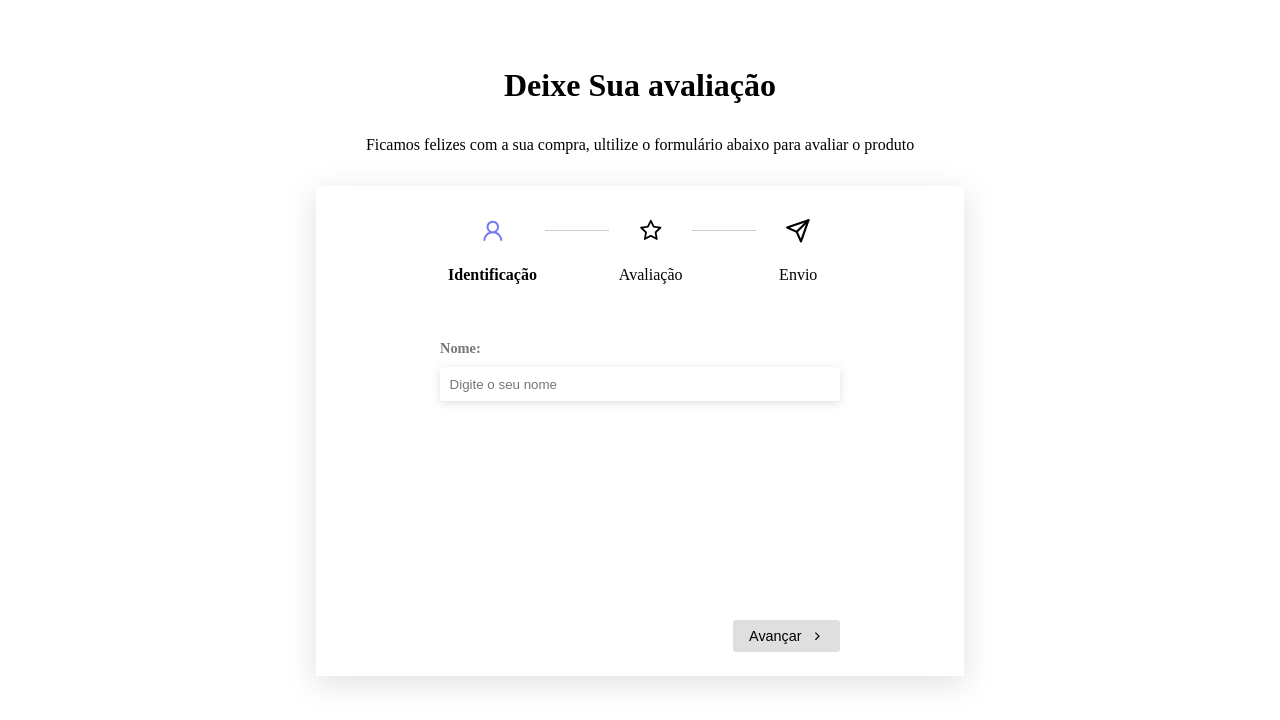
Repository: pheonix5/formulario_stap
Page: /
An editor plug-in stored every save of this project. The page is shown before and after the next save, followed by the edit.
The browser window is 1280 px wide. The pictures show the whole page.
The project was rebuilt for these pictures with package versions that can differ from the ones it lists, and the page was loaded fresh each time. Also part of the build but not shown: vite.config.js, src/components/ReviewForm.css, src/components/ReviewForm.tsx, src/components/Thanks.css, src/components/Thanks.tsx.

Above is the page before, as saved 2023-05-24 20:56:05.

### index.html
<!DOCTYPE html>
<html lang="en">
  <head>
    <meta charset="UTF-8" />
    <link rel="icon" type="image/svg+xml" href="/vite.svg" />
    <meta name="viewport" content="width=device-width, initial-scale=1.0" />
    <title>Multistep com React</title>
    <link rel="preconnect" href="https://fonts.googleapis.com">
    <link rel="preconnect" href="https://fonts.gstatic.com" crossorigin>
    <link href="https://fonts.googleapis.com/css2?family=Barlow:ital,wght@0,100;0,200;0,300;0,400;0,500;0,600;0,700;0,800;0,900;1,100;1,200;1,300;1,400;1,500;1,600;1,700;1,800;1,900&display=swap" rel="stylesheet">
  </head>
  <body>
    <div id="root"></div>
    <script type="module" src="/src/main.jsx"></script>
  </body>
</html>

### src/main.jsx
import React from 'react'
import ReactDOM from 'react-dom/client'
import { router } from './App'

import { RouterProvider } from 'react-router-dom'

ReactDOM.createRoot(document.getElementById('root')).render(
  <React.StrictMode>
    <RouterProvider router={router}/>
  </React.StrictMode>,
)

### src/App.jsx

import { createBrowserRouter } from 'react-router-dom'

import Formulario from './pages/Formulario'

const router = createBrowserRouter([
  {
    path: '/',
    element: <Formulario/>
  }
])

export { router };

### src/pages/Formulario/index.tsx
/* eslint-disable react/jsx-key */
/* eslint-disable no-unused-vars */
// Components
import React, { useState } from 'react';

import {GrFormNext, GrFormPrevious} from 'react-icons/gr';
import { FiSend } from 'react-icons/fi';
import UserForm from '../../components/UserForm';
import ReviewForm from '../../components/ReviewForm';
import Thanks from '../../components/Thanks';
import Steps from '../../components/Steps';

// Hooks
import { useForm } from '../../hooks/useForm'
import './style.css'

const formTemplate ={
  name: "",
  email: "",
  review: "",
  comment: "",
}


export default function Formulario() {
  const [data, setData] = useState(formTemplate);

  const updateFieldHandler = (key, value) => {
    setData((prev) => {
      return {...prev, [key]: value};
    })
  }

  const formComponents = [
    <UserForm data={data} updateFieldHandler={updateFieldHandler}/>,
    <ReviewForm data={data} updateFieldHandler={updateFieldHandler}/>,
    <Thanks data={data}/>
  ];

  const { currentStep, currentComponent, changeStep, isLastStep, isFirstStep } = useForm(formComponents);

  return (
   <div className='app'>

    <div className="header">
      <h2>Deixe Sua avaliação</h2>
      <p>Ficamos felizes com a sua compra, ultilize o formulário abaixo para avaliar o produto</p>
    </div>

    <div className="form-container">
      <Steps currentStep={currentStep}/>
      <form onSubmit={(e) => changeStep(currentStep + 1, e)}>
        <div className="inputs-container">{currentComponent}</div>
        <div className="actions">

          {!isFirstStep && (
            <button type='button' onClick={() => changeStep(currentStep -1 )}>
              <GrFormPrevious/>
              <span>Voltar</span>
          </button>
          )}

          {!isLastStep ? (
            <button type='submit'>
              <span>Avançar</span>
              <GrFormNext/>
            </button>
          ) : (
            <button type='button'>
            <span>Enviar</span>
            <FiSend/>
          </button>
          )}

        </div>
      </form>
    </div>

   </div>
  )
}

### src/components/UserForm.tsx
import React from "react";

const UserForm = ({ data, updateFieldHandler }) =>{
  return (
    <div>
      <div className="form-control">
        <label htmlFor="">Nome:</label>
        <input
          type="text"
          name="text"
          id="name"
          placeholder="Digite o seu nome"
          required
          value={data.name || ""}
          onChange={(e) => updateFieldHandler('name', e.target.value)}
        />
      </div>

    </div>
  )
}

export default UserForm;

### src/components/Steps.jsx
import { AiOutlineUser, AiOutlineStar } from 'react-icons/ai';
import { FiSend } from 'react-icons/fi'

import React from "react"
import './Steps.css'

const Steps = ({ currentStep }) =>{
  return (
    <div className="steps">
      <div className="step active">
        <AiOutlineUser/>
        <p>Identificação</p>
      </div>
      <div className={`step ${currentStep >= 1 ? "active" : ""}`}>
        <AiOutlineStar/>
        <p>Avaliação</p>
      </div>
      <div className={`step ${currentStep >= 2 ? "active" : ""}`}>
        <FiSend/>
        <p>Envio</p>
      </div>
    </div>
  )
}

export default Steps;

### src/hooks/useForm.jsx
/* eslint-disable no-unused-vars */
import { useState } from "react";

export function useForm(steps){
  const [currentStep, setCurrentStep] = useState(0)

  function changeStep(i, e){
    if(e) e.preventDefault();

    if(i < 0 || i >= steps.length) return;

    setCurrentStep(i)
  }

  return{
    currentStep,
    currentComponent: steps[currentStep],
    changeStep,
    isLastStep: currentStep +1 === steps.length ? true : false,
    isFirstStep: currentStep === 0 ? true : false,
  }
}

### src/pages/Formulario/style.css
.app{
  padding: 2rem;
}

/* Cabeçalho*/
.header{
  text-align: center;
  margin-bottom: 2rem;
}

.header h2{
  font-size: 2rem;
  margin-bottom: 2rem;
}

/* Forms  */
.form-container{
  max-width: 600px;
  margin: 0 auto;
  background-color: #FFF;
  padding: 1.5rem;
  box-shadow: rgba(100, 100, 111, 0.2) 0px 7px 29px 0px;
}

.form-container form{
  max-width: 400px;
  margin: 0 auto;
}

.inputs-container{
  min-height: 280px;
}

.form-control {
  display: flex;
  flex-direction: column;
  gap: 0.6rem;
  margin-bottom: 2rem;
}

label{
  font-weight: bold;
  color: #777;
  font-size: 0.9rem;
}

input,
textarea{
  padding: .6rem;
  border: none;
  border-radius: 3px;
  box-shadow: rgba(99, 99, 99, 0.2) 0px 2px 8px 0;
}

textarea{
  height: 120px;
}

/* Actions */
.actions{
  display: flex;
  justify-content: flex-end;
  gap: 1rem;
}

.actions button{
  font-size: .9rem;
  padding: .5rem 1rem;
  display: flex;
  gap: 0.5rem;
  align-items: center;
  border-radius: 3px;
  background-color: #DFDFDF;
  cursor: pointer;
  border: none;
  transition: 0.3s;
}

.actions button:hover{
  background-color: #CFCFCF;
}

### src/components/Steps.css
.steps{
  display: flex;
  gap: 4rem;
  justify-content: center;
  align-items: center;
  max-width: 400px;
  margin: 0 auto;
  position: relative;
  margin-bottom: 2rem;
}

.steps::after{
  content: "";
  width: 380px;
  border-bottom: 1px solid #ccc;
  position: absolute;
  top: 20px
}

.step{
  text-align: center;
  background-color: #FFF;
  z-index: 1;
  width: 120px;
  padding: 0.5rem;
}

.step svg{
  font-size: 1.6rem;
  margin-bottom: .2rem;
}

.active{
  font-weight: bold;
}

.active svg{
  fill: #7076f4;
}

After the next save:
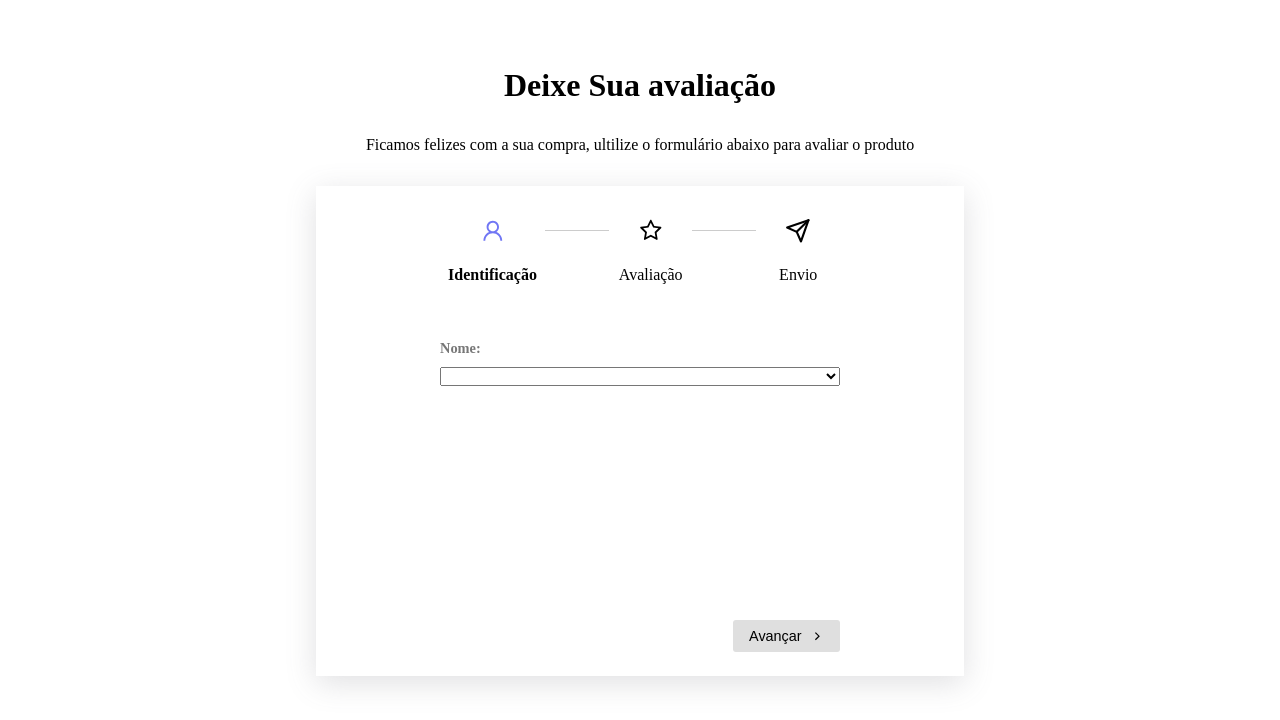
Saved 38 s later.
--- a/src/components/UserForm.tsx
+++ b/src/components/UserForm.tsx
@@ -5,7 +5,7 @@
     <div>
       <div className="form-control">
         <label htmlFor="">Nome:</label>
-        <input
+        {/* <input
           type="text"
           name="text"
           id="name"
@@ -13,7 +13,11 @@
           required
           value={data.name || ""}
           onChange={(e) => updateFieldHandler('name', e.target.value)}
-        />
+        /> */}
+
+        <select>
+
+        </select>
       </div>
 
     </div>
